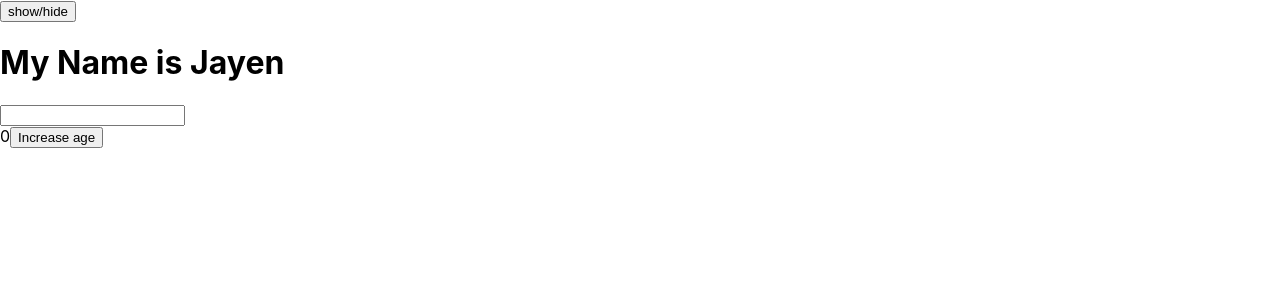
Repository: iamjayenmthakuri/todolist
Page: /
An editor plug-in stored every save of this project. The page is shown before and after the next save, followed by the edit.
The browser window is 1280 px wide. The pictures show the whole page.
The project was rebuilt for these pictures with package versions that can differ from the ones it lists, and the page was loaded fresh each time.

Above is the page before, as saved 2022-09-18 23:24:21.

After the next save:
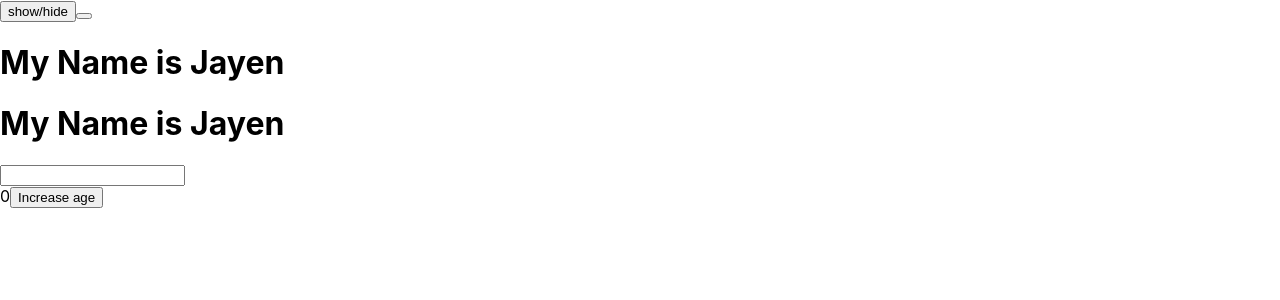
Saved 5 min 54 s later.
--- a/src/App.js
+++ b/src/App.js
@@ -12,10 +12,21 @@ const [inputValue,setInputValue]=useState("");
 const handleInputChange =(event)=>{
   setInputValue(event.target.value);
 }
+const [textColor,setTextColor]=useState("red");
   return (
   <><button onClick={()=>{
-    setShowText(!showText);}}>show/hide</button>
+    setShowText(!showText);}}>
+      show/hide
+      </button>
+<button onClick={()=>
+{setTextColor(textColor==="black" ? "red" :"green");
+}}>
+
+
+</button>
+      <h1>My Name is Jayen</h1>
   {showText && <h1>My Name is Jayen</h1>}
+
   <input type="text" onChange={handleInputChange} />
   {inputValue}
 
